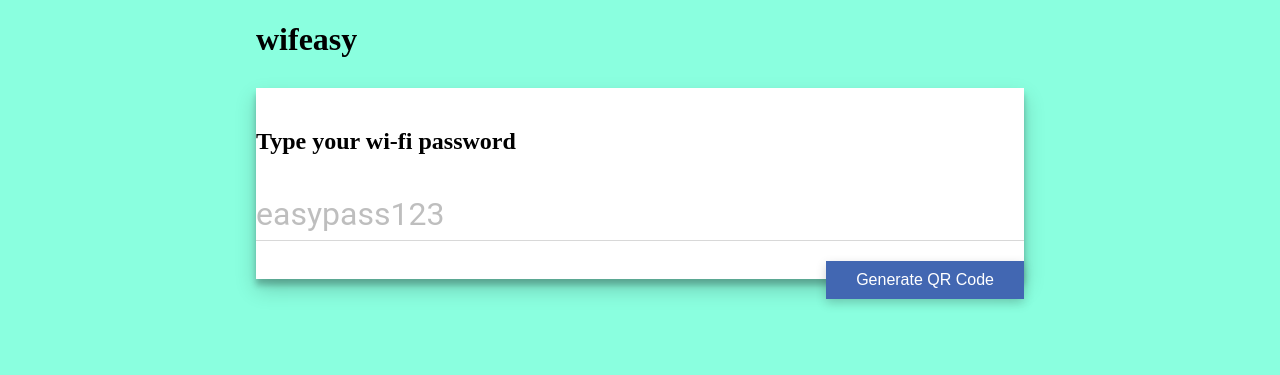
Repository: akagabi/wifeasy
Page: index.html
The author's editor kept a copy of each file at every save. The page is drawn from the files as they stood at one save, then again after the next save.
The browser window is 1280 px wide. The pictures show the whole page.

Above is the page before, as saved 2018-12-25 13:27:35.

After the next save:
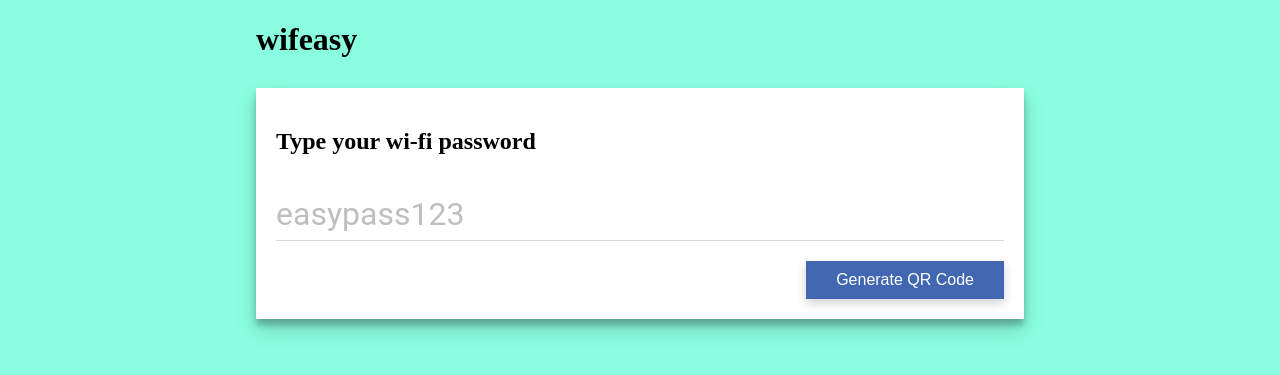
Saved 28 s later.
--- a/style.css
+++ b/style.css
@@ -86,12 +86,6 @@
     transition: all 0.125s ease-in-out;
   }
 
-  .steps {
-    background-color: #fff;
-    box-shadow: 0 10px 20px rgba(0,0,0,0.19), 0 6px 6px rgba(0,0,0,0.23);
-    padding: 20px;
-  }
-
   .buttons {
     display: flex;
     justify-content: flex-end;
@@ -110,6 +104,8 @@
 .steps {
     height: 0;
     position: relative;
+    background-color: #fff;
+    box-shadow: 0 10px 20px rgba(0,0,0,0.19), 0 6px 6px rgba(0,0,0,0.23);
 }
 
 .steps__container {
@@ -118,6 +114,7 @@
     transition: height .225s ease-in-auto, opacity .125s ease-in-out .175s;
     position: absolute;
     width: 100%;
+    padding: 20px;
 }
 
 .steps__container.visible {
